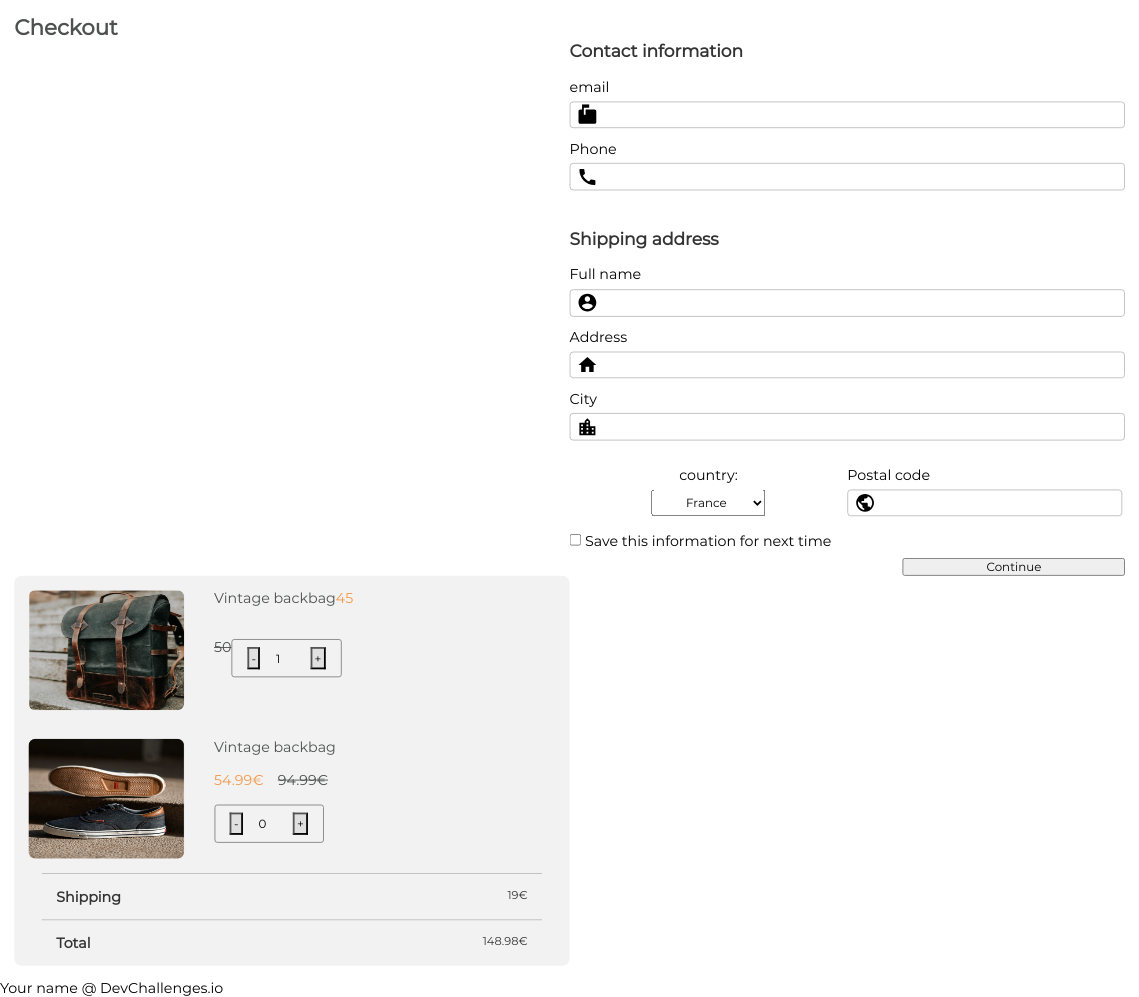
Repository: dubar-jeremy/checkout-page-master
Page: index.html
The author's editor kept a copy of each file at every save. The page is drawn from the files as they stood at one save, then again after the next save.
The browser window is 1280 px wide. The pictures show the whole page, at 89% of full size.
The style sheet was rebuilt from its Sass, Less or Tailwind sources for each picture, by a compiler version that may differ from the author's.

Above is the page before, as saved 2021-02-05 23:45:50.

After the next save:
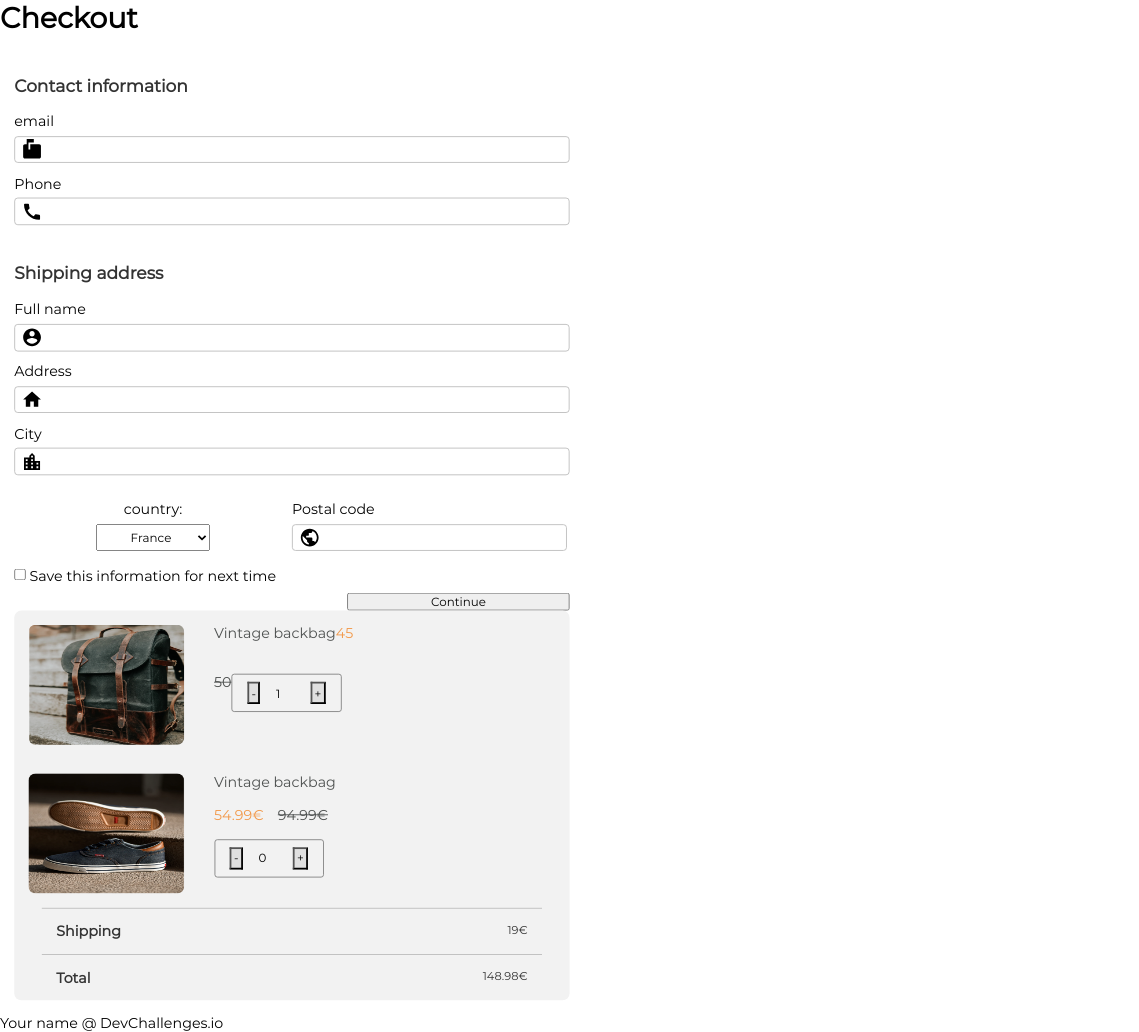
Saved 2 min 44 s later.
--- a/index.html
+++ b/index.html
@@ -14,8 +14,8 @@
 <body>
 
 <main>
+  <h1>Checkout</h1>
   <div class="grid-container">
-    <h1>Checkout</h1>
     <form>
       <h2>Contact information</h2>
       <div>
